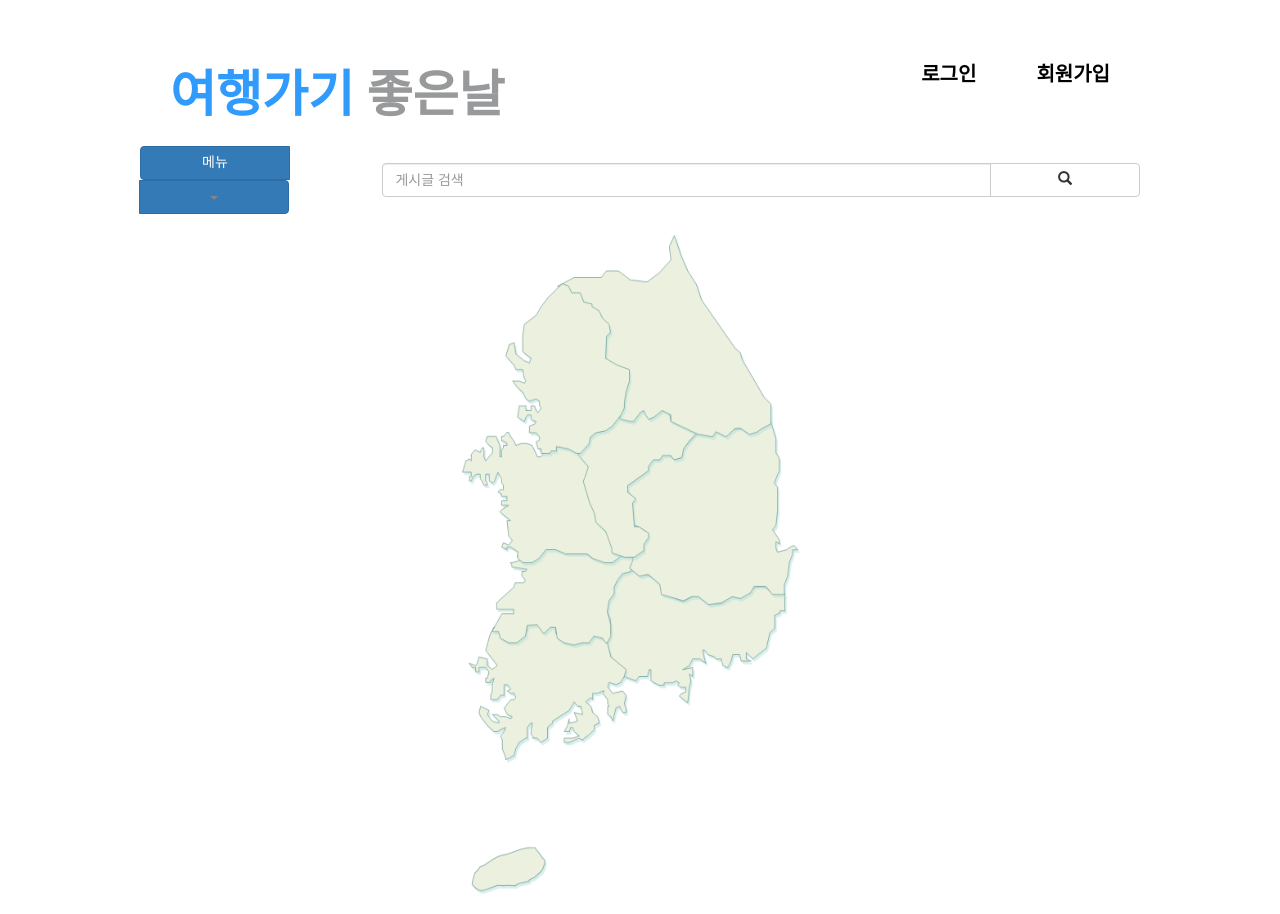
Repository: Hotmintchoco/teamProject1
Page: http://localhost/tripProject/mypage.jsp
These files come from the project's save history. The page is drawn as it stood at one moment and after the next save; the edit follows.
The browser window is 1280 px wide. The pictures show the whole page.
Some web fonts or font styles are not loaded; a fallback is used. The page is served by Tomcat 9. Nobody is signed in. The application's start-up code is not run. Other server files are loaded and not shown.

Above is the page before, as saved 2022-07-02 11:41:45.

### tripProject/src/main/webapp/mypage.jsp
<%@ page language="java" contentType="text/html; charset=UTF-8"
    pageEncoding="UTF-8"%>
<!DOCTYPE html>
<html>
<head>
<meta charset="UTF-8">
    <meta name="viewport" content="width=device-width, initial-scale=1.0">
    <title>여행가기 좋은날</title>
    <link rel="preconnect" href="https://fonts.googleapis.com">
	<link rel="preconnect" href="https://fonts.gstatic.com" crossorigin>
	<link href="https://fonts.googleapis.com/css2?family=Gugi&display=swap" rel="stylesheet">
    <link rel="stylesheet" href="fontawesome/css/all.min.css"> <!-- https://fontawesome.com/ -->
    <link rel="stylesheet" href="css/magnific-popup.css">
    <link rel="stylesheet" href="css/templatemo-ocean-vibes.css">
    <link rel="stylesheet" href="https://maxcdn.bootstrapcdn.com/bootstrap/3.4.1/css/bootstrap.min.css">
    <script src="https://ajax.googleapis.com/ajax/libs/jquery/3.6.0/jquery.min.js"></script>
  	<script src="https://maxcdn.bootstrapcdn.com/bootstrap/3.4.1/js/bootstrap.min.js"></script>

    <style>
    	* {font-family: 'Gugi', cursive}
        ul,ol.li {list-style: none; margin: 0; padding: 0;}
        nav {width: 1000px; height: 50px; margin:0 auto;}
	    nav > ul > li > a {float: right; color: black; font-size: 20px;
            text-decoration: none; margin: 0px 30px 0 30px;
            font-weight: bold;}
        #slider {width: 1000px; height: 700px; margin: 0 auto;}
        #slider > img {margin-left: 250px;}
        .tm-mt-0 {float: left; font-size: 50px;}
        #menubar {width: 1000px; margin: 0 auto;}
        .btn {width: 150px;}
    </style>
</head>
<body>
    <header class="tm-site-header">
        <div>
            <nav>
                <ul>
                    <li><a href="#">회원가입</a></li>
                    <li><a href="#">로그인</a></li>
                    <li><a href="mypage.jsp" class="tm-mt-0 tm-mb-15"><span class="tm-color-primary">여행가기</span> <span class="tm-color-gray-2">좋은날</span></a></li>
                </ul>
            </nav>
        </div>
    </header>
    <div id="menubar">
		<table style="width: 100%;">
			<tbody>
				<tr style="width: 100%;">
					<td style="width: 24%;">
						<div class="btn-group">
							<button type="button" class="btn btn-primary">메뉴</button>
							<button type="button" class="btn btn-primary dropdown-toggle"
								data-toggle="dropdown">
								<span class="caret"></span>
							</button>
							<ul class="dropdown-menu" role="menu">
								<li><a href="#">코스</a></li>
								<li><a href="#">축제</a></li>
								<li><a href="#">이벤트</a></li>
							</ul>
						</div>
					</td>
					<td style="width: 75%;">
					<form action="memberForm.jsp">
						<div class="input-group">
							<input type="text" class="form-control" name="search"
								placeholder="게시글 검색">
							<div class="input-group-btn">
								<button class="btn btn-default" type="submit">
									<i class="glyphicon glyphicon-search"></i>
								</button>
							</div>
						</div>
					</form>
					</td>
				</tr>
			</tbody>
		</table>
    </div>

	<div id="slider">
        <img src="img/koreaMap2.png" alt="Map" width="450px" height="700px">
    </div>

    <script src="js/jquery-3.4.1.min.js"></script>
    <script src="js/imagesloaded.pkgd.min.js"></script>
    <script src="js/isotope.pkgd.min.js"></script>
    <script src="js/jquery.magnific-popup.min.js"></script>
    <script src="js/templatemo-script.js"></script>
</body>
</html>

### tripProject/src/main/webapp/css/templatemo-ocean-vibes.css
/*

TemplateMo 554 Ocean Vibes

https://templatemo.com/tm-554-ocean-vibes

*/

html { overflow-x: hidden; }

body {
    font-family: 'Source Sans Pro', sans-serif;
    font-size: 19px;
    line-height: 1.8em;
    overflow-x: hidden;
}

p, span, em, a, address { color: #848586; }
h2, p {
    margin-top: 0;
}

a:hover, a.active { color: #309AFD; }

.tm-btn {
    padding: 10px 40px;
    color: white;
    background-color: #3299CD;
    display: inline-block;
    border: none;
    cursor: pointer;
    font-size: 1.2rem;
    transition: all 0.3s ease;
}

button.tm-btn {
    padding: 15px 40px;
}

.tm-btn:hover {
    color: white;
    background-color: #49b4e9;
}

h1 { font-size: 3rem; }
em { display: block; }
div { box-sizing: border-box;}
.tm-mt-35 { margin-top: 35px; }
.tm-mb-0 { margin-bottom: 0; }
.tm-mb-15 { margin-bottom: 15px; }
.tm-mb-30 { margin-bottom: 30px; }
.tm-mb-40 { margin-bottom: 40px; }
.tm-mb-50 { margin-bottom: 50px; }
.tm-mb-80 { margin-bottom: 80px; }
.tm-text-center { text-align: center; }
.tm-text-right { text-align: right; }
.tm-color-primary { color: #309AFD; }
.tm-color-gray { color: #666768; }
.tm-color-gray-2 { color: #98999A; }
.tm-color-light-gray { color: #9E9FA0; }
.tm-bg-white { background-color: #FFF; }
.tm-bg-gray { background-color: #F1F2F3; }
blockquote { margin: 0 0 30px 10px; }
img { max-width: 100%; }
.tm-page-title { font-size: 30px; }

body, ul {
    margin: 0;
    padding: 0;
}

a {
    text-decoration: none;
    transition: all 0.3s ease;
}

.tm-mt-0 { margin-top: 0; }

.tm-site-header {
    padding: 60px 70px 30px;
}

.tm-tagline {
    font-size: 1.5rem;
    margin-left: 130px;
}

#tm-video-container {
    max-height: 400px;
    overflow: hidden;
    background-color: #333;
    margin-bottom: 90px;
    position: relative;
}

#tm-video {
    width: 100%;
    height: auto;
}

#tm-video-control-button {
    position: absolute;
    bottom: 20px;
    right: 20px;
    z-index: 1000;
    color: #e1e1e1;
}

.tm-nav-item {
    list-style: none;
    margin: 22px;
}

.tm-nav-link {
    display: flex;
    align-items: center;
    flex-direction: column;
    width: 200px;
    height: 200px;
    padding: 30px;
    border: 1px solid #D2D3D4;
    color: #999;
    box-sizing: border-box;
}

.tm-nav-link:hover,
.tm-nav-link.active {
    color: #309AFD;
}

.tm-nav-link i {
    margin-top: 30px;
    color: #309AFD;
}

.tm-main-nav ul {
    display: flex;
    flex-wrap: wrap;
    margin-left: auto;
    margin-right: auto;
}

.tm-container {
    max-width: 1254px;
    padding-left: 15px;
    padding-right: 15px;
    margin: 0 auto 135px;
}

.tm-footer {
    display: flex;
    justify-content: space-between;
    padding: 25px;
    font-size: 0.9em;
}

.tm-close-popup {
    text-align: right;
    display: block;
}

.tm-close-popup i {
    margin-left: 10px;
    margin-right: 10px;
}

.tm-row {
    display: flex;
}

.tm-col-6 {
    flex: 0 0 50%;
}

.tm-intro-pad {
    padding: 40px 55px 50px;
}

.tm-intro-col-l {
    margin-right: 40px;
}

/* text-based popup styling */
.popup {
    position: relative;
    padding: 12px 10px 35px;
    width:auto;
    max-width: 1200px;
    margin: 0 auto;
}

/*

====== Move-from-top effect ======

*/
.mfp-move-from-top .mfp-with-anim {
    opacity: 0;
    transition: all 0.2s;
    transform: translateY(-100px);
}
.mfp-move-from-top.mfp-bg {
    opacity: 0;
    transition: all 0.2s;
}
.mfp-move-from-top.mfp-ready .mfp-with-anim {
    opacity: 1;
    transform: translateY(0);
}
.mfp-move-from-top.mfp-ready.mfp-bg {
    opacity: 0.8;
}
.mfp-move-from-top.mfp-removing .mfp-with-anim {
    transform: translateY(-50px);
    opacity: 0;
}
.mfp-move-from-top.mfp-removing.mfp-bg {
    opacity: 0;
}

button.mfp-arrow {
    display: none;
}

/* Intro */
.tm-intro-img {
    max-width: 300px;
    max-height: 600px;
}

/* Gallery */
.tm-gallery {
    flex: 0 0 68%;
    margin: 0 20px;
}

.tm-gallery-container {
    position: relative;
    max-width: 800px;
    margin: 0 -10px;
	list-style: none;
    text-align: center;
}

.tm-paging {
    overflow: auto;
    margin-top: 25px;
}

.tm-paging li {
    list-style: none;
}

.tm-paging-link {
    display: flex;
    float: left;
    width: 40px;
    height: 40px;
    align-items: center;
    justify-content: center;
    background: white;
    color: #999;
    margin-right: 15px;
    margin-bottom: 15px;
}

a.tm-paging-link.active,
a.tm-paging-link:hover {
    background: #309AFD;
    color: white;
}

.tm-gallery-right {
    flex: 0 0 26%;
    margin-left: 15px;
}

.tm-gallery-links {
    margin-left: 35px;
    margin-bottom: 55px;
}

.tm-gallery-links li {
    list-style: none;
    margin-bottom: 20px;
}

.tm-gallery-link-icon {
    display: inline-block;
    width: 30px;
}

.tm-gallery-item {
    overflow: hidden;
    margin: 15px 10px;
    min-width: 180px;
    max-width: 180px;
    max-height: 240px;
    width: 25%;
    background: #3085a3;
    text-align: center;
    cursor: pointer;
}

.tm-gallery-container figure img {
    position: relative;
    display: block;
    min-height: 100%;
    max-width: 100%;
    opacity: 0.9;
}

.tm-gallery-container figure figcaption {
	padding: 2em;
	color: #fff;
	text-transform: uppercase;
	font-size: 1.25em;
	-webkit-backface-visibility: hidden;
	backface-visibility: hidden;
}

.tm-gallery-container figure figcaption::before,
.tm-gallery-container figure figcaption::after {
	pointer-events: none;
}

.tm-gallery-container figure figcaption,
.tm-gallery-container figure figcaption > a {
	position: absolute;
	top: 0;
	left: 0;
	width: 100%;
	height: 100%;
}

/* Anchor will cover the whole item by default */
/* For some effects it will show as a button */
.tm-gallery-container figure h2 {
	word-spacing: -0.15em;
	font-weight: 300;
}

.tm-gallery-container figure h2 span {
	font-weight: 800;
}

.tm-gallery-container figure h2,
.tm-gallery-container figure p {
	margin: 0;
}

.tm-gallery-container figure p {
	letter-spacing: 1px;
	font-size: 68.5%;
}

/*---------------*/
/***** Chico *****/
/*---------------*/

figure.effect-chico img {
	-webkit-transition: opacity 0.35s, -webkit-transform 0.35s;
	transition: opacity 0.35s, transform 0.35s;
	-webkit-transform: scale(1.12);
	transform: scale(1.12);
}

figure.effect-chico:hover img {
	opacity: 0.5;
	-webkit-transform: scale(1);
	transform: scale(1);
}

figure.effect-chico figcaption {
    padding: 1em;
    box-sizing: border-box;
    display: flex;
    align-items: center;
}

figure.effect-chico figcaption::before {
	position: absolute;
	top: 15px;
	right: 15px;
	bottom: 15px;
	left: 15px;
	border: 1px solid #fff;
	content: '';
	-webkit-transform: scale(1.1);
	transform: scale(1.1);
}

figure.effect-chico figcaption::before,
figure.effect-chico p {
	opacity: 0;
	-webkit-transition: opacity 0.35s, -webkit-transform 0.35s;
	transition: opacity 0.35s, transform 0.35s;
}

figure.effect-chico h2 {
	padding: 20% 0 20px 0;
}

figure.effect-chico p {
    color: white;
	margin: 0 auto;
	max-width: 200px;
	-webkit-transform: scale(1.5);
	transform: scale(1.5);
}

figure.effect-chico:hover figcaption::before,
figure.effect-chico:hover p {
	opacity: 1;
	-webkit-transform: scale(1);
	transform: scale(1);
}

/* Testimonials */
.tm-testimonials-inner {
    padding: 0 20px 30px;
}

.tm-testimonial-col {
    flex: 0 0 33.3334%;
    padding-left: 20px;
    padding-right: 20px;
}

/* About */
.mapouter{
    position:relative;
    height:250px;
    width:100%;
}

.gmap_canvas {
    overflow:hidden;
    background:none!important;
    height:250px;
    width:100%;
}
.tm-contact-row {
    max-width: 1045px;
}
.tm-about-col {
    margin-left: 40px;
    margin-right: 40px;
    max-width: 500px;
}

/* Contact */
#contact {
    padding-bottom: 65px;
}
.tm-contact-col {
    flex: 0 0 50%;
    padding-left: 40px;
}

.tm-contact-col-r {
    padding-left: 0;
    padding-right: 30px;
}

.tm-contact-form {
    max-width: 350px;
    margin-left: 40px;
    margin-right: 40px;
}

.form-control {
    font-family: 'Source Sans Pro', sans-serif;
    font-size: 1.2rem;
    border: 1px solid #D5D6D7;
    box-sizing: border-box;
    padding: 15px;
    width: 100%;
}

.form-group {
    margin-bottom: 25px;
}

select:not([multiple]) {
    -webkit-appearance: none;
    -moz-appearance: none;
    background-position: right 15px center;
    background-repeat: no-repeat;
    background-image: url(../img/select-arrow.png);
    padding: 14px 20px;
    padding-right: 20px;
    color: #666;
}

.tm-contact-links li {
    list-style: none;
    margin-bottom: 10px;
}

.tm-contact-link-icon {
    margin-right: 15px;
}

address {
    font-style: normal;
}

@media (max-width: 850px) {
    .tm-contact-row {
        flex-direction: column;
    }

    .tm-contact-col {
        flex: 0 0 100%;
        max-width: 100%;
        padding-left: 30px;
        padding-right: 30px;
    }

    .tm-contact-form {
        max-width: 100%;
        margin-left: 0;
        margin-right: 0;
        margin-bottom: 50px;
    }
}

@media (max-width: 700px) {
    .tm-about-row {
        flex-direction: column;
    }
    .tm-about-col {
        flex: 0 0 100%;
    }
}

@media (max-width: 1264px) {
    .tm-main-nav ul {
        max-width: 976px;
    }
}

@media (max-width: 1020px) {
    .tm-main-nav ul {
        max-width: 732px;
    }
}

@media (max-width: 776px) {
    .tm-main-nav ul {
        max-width: 488px;
    }
}

@media (max-width: 532px) {
    .tm-main-nav ul {
        max-width: 244px;
    }
}

@media (max-width: 992px) {
    .tm-testimonial-row {
        flex-wrap: wrap;
    }
    .tm-testimonial-col {
        flex: 100%;
        margin-bottom: 50px;
    }

    .tm-testimonial-col:last-child {
        margin-bottom: 0;
    }

    .tm-testimonial-col-2 {
        flex: 50%;
    }
}

@media (max-width: 635px) {
    .tm-testimonial-col-2 {
        flex: 100%;
    }
}

@media (max-width: 902px) {
    .tm-gallery {
        flex: 0 0 50%;
    }
    .tm-gallery-right {
        flex: 0 0 38%;
    }
}

@media (max-width: 805px) {
    .tm-gallery-row {
        flex-direction: column-reverse;
    }
    .tm-gallery {
        flex: 0 0 100%;
    }
    .tm-gallery-right {
        flex: 0 0 100%;
        margin-left: 20px;
        margin-right: 20px;
    }

    .tm-gallery-right-inner {
        display: flex;
        flex-direction: column-reverse;
    }

    .tm-gallery-links {
        display: flex;
        flex-wrap: wrap;
        margin-top: 20px;
        margin-bottom: 0;
        margin-left: 0;
    }

    .tm-gallery-links li {
        margin-right: 20px;
    }
}

@media (max-width: 850px) {
    .tm-content-row {
        flex-direction: column;
    }

    .tm-intro-col-l {
        margin-right: 0;
    }
}

@media (max-width: 650px) {
    .tm-intro-row {
        flex-direction: column;
    }

    .tm-intro-img {
        max-width: 100%;
        max-height: none;
    }
}

@media (max-width: 540px) {
    .tm-footer {
        flex-direction: column;
        align-items: center;
    }
}

@media (max-width: 558px) {
    .tm-site-header {
        padding-left: 30px;
        padding-right: 30px;
    }

    .tm-tagline {
        margin-left: 30px;
    }
}

### tripProject/src/main/webapp/js/templatemo-script.js
/**
 * Credits
 * Isotope with paging: https://codepen.io/TimRizzo/details/ervrRq
 * CSS3 animation effects for Magnific Popup: https://codepen.io/dimsemenov/pen/GAIkt
 */

$(document).ready(function () {

    /*************** Gallery ******************/

    var itemSelector = ".tm-gallery-item";
    var responsiveIsotope = [ [480, 4], [720, 6] ];
    var itemsPerPageDefault = 8;
    var itemsPerPage = defineItemsPerPage();
    var currentNumberPages = 1;
    var currentPage = 1;
    var currentFilter = '*';
    var filterValue = "";
    var pageAttribute = 'data-page';
    var pagerClass = 'isotope-pager';
    var $container = $('.tm-gallery-container').isotope({
        itemSelector: itemSelector
    });

    function adjustGalleryLayout(currentPopup) {
        if(currentPopup == 'gallery') {
            // layout Isotope after each image loads
            $container.imagesLoaded().progress( function() {
                $container.isotope('layout');
            });
        }
    }

    /************** Popup *****************/

    $('#inline-popups').magnificPopup({
        delegate: 'a',
        removalDelay: 500, //delay removal by X to allow out-animation
        callbacks: {
            beforeOpen: function() {
                this.st.mainClass = this.st.el.attr('data-effect');
            },
            open: function() {
                adjustGalleryLayout($.magnificPopup.instance.content.attr('id'));
            }
        },
        midClick: true, // allow opening popup on middle mouse click. Always set it to true if you don't provide alternative source.
        showCloseBtn: false
    });

    $('.tm-close-popup').on( "click", function() {
        $.magnificPopup.close();
    });

    var popupInstance = $.magnificPopup.instance;

    $('.tm-btn-next').on("click", function(e) {
        popupInstance.next();
        adjustGalleryLayout(popupInstance.content.attr('id'));
    });

    $('.tm-btn-contact').on("click", function(e) {
        popupInstance.goTo(4);
    })

    // update items based on current filters
    function changeFilter(selector) { $container.isotope({ filter: selector }); }

    // grab all checked filters and goto page on fresh isotope output
    function goToPage(n) {
        currentPage = n;
        var selector = itemSelector;
        var exclusives = [];

        if(currentFilter != '*') {
            exclusives.push(selector + '.' + currentFilter);
        }

        // smash all values back together for 'and' filtering
        filterValue = exclusives.length ? exclusives.join('') : '*';

        // add page number to the string of filters
        var wordPage = currentPage.toString();
        filterValue += ('.'+wordPage);
        changeFilter(filterValue);
    }

    // determine page breaks based on window width and preset values
    function defineItemsPerPage() {
        var pages = itemsPerPageDefault;

        for( var i = 0; i < responsiveIsotope.length; i++ ) {
            if( $(window).width() <= responsiveIsotope[i][0] ) {
                pages = responsiveIsotope[i][1];
                break;
            }
        }
        return pages;
    }

    function setPagination() {

        var SettingsPagesOnItems = function(){
            var itemsLength = $container.children(itemSelector).length;
            var pages = Math.ceil(itemsLength / itemsPerPage);
            var item = 1;
            var page = 1;
            var selector = itemSelector;
            var exclusives = [];

                if(currentFilter != '*') {
                    exclusives.push(selector + '.' + currentFilter);
                }

                // smash all values back together for 'and' filtering
                filterValue = exclusives.length ? exclusives.join('') : '*';

                // find each child element with current filter values
                $container.children(filterValue).each(function(){
                    // increment page if a new one is needed
                    if( item > itemsPerPage ) {
                        page++;
                        item = 1;
                    }
                    // add page number to element as a class
                    wordPage = page.toString();

                    var classes = $(this).attr('class').split(' ');
                    var lastClass = classes[classes.length-1];
                    // last class shorter than 4 will be a page number, if so, grab and replace
                    if(lastClass.length < 4){
                        $(this).removeClass();
                        classes.pop();
                        classes.push(wordPage);
                        classes = classes.join(' ');
                        $(this).addClass(classes);
                    } else {
                        // if there was no page number, add it
                       $(this).addClass(wordPage);
                    }
                    item++;
                });
            currentNumberPages = page;
        }();

        // create page number navigation
        var CreatePagers = function() {

            var $isotopePager = ( $('.'+pagerClass).length == 0 ) ? $('<div class="'+pagerClass+' tm-paging"></div>') : $('.'+pagerClass);

            $isotopePager.html('');
            if(currentNumberPages > 1){
                for( var i = 0; i < currentNumberPages; i++ ) {
                    var $pager = '';

                    if(currentPage == i+1) {
                        $pager = $('<a href="javascript:void(0);" class="pager active tm-paging-link" '+pageAttribute+'="'+(i+1)+'"></a>');
                    } else {
                        $pager = $('<a href="javascript:void(0);" class="pager tm-paging-link" '+pageAttribute+'="'+(i+1)+'"></a>');
                    }

                    $pager.html(i+1);

                    $pager.click(function(){
                        $('.tm-paging-link').removeClass('active');
                        $(this).addClass('active');
                        var page = $(this).eq(0).attr(pageAttribute);
                        goToPage(page);
                    });
                    $pager.appendTo($isotopePager);
                }
            }
            $container.after($isotopePager);
        }();
    }

    setPagination();
    goToPage(1);

    //event handlers
    $('.tm-gallery-link').click(function(e) {
        var filter = $(this).data('filter');
        currentFilter = filter;
        setPagination();
        goToPage(1);
        $('.tm-gallery-link').removeClass('active');
        $(e.target).addClass('active');
    })

    //Handle window resize
    $(window).resize(function(){
        itemsPerPage = defineItemsPerPage();
        setPagination();
        goToPage(1);
    });

    /************** Video background *********/

    function setVideoSize() {
        const vidWidth = 1280;
        const vidHeight = 720;
        const maxVidHeight = 400;
        let windowWidth = window.innerWidth;
        let newVidWidth = windowWidth;
        let newVidHeight = windowWidth * vidHeight / vidWidth;
        let marginLeft = 0;
        let marginTop = 0;

        if (newVidHeight < maxVidHeight) {
            newVidHeight = maxVidHeight;
            newVidWidth = newVidHeight * vidWidth / vidHeight;
        }

        if(newVidWidth > windowWidth) {
            marginLeft = -((newVidWidth - windowWidth) / 2);
        }

        if(newVidHeight > maxVidHeight) {
            marginTop = -((newVidHeight - $('#tm-video-container').height()) / 2);
        }

        const tmVideo = $('#tm-video');

        tmVideo.css('width', newVidWidth);
        tmVideo.css('height', newVidHeight);
        tmVideo.css('margin-left', marginLeft);
        tmVideo.css('margin-top', marginTop);
    }

    setVideoSize();

    // Set video background size based on window size
    let timeout;
    window.onresize = function () {
        clearTimeout(timeout);
        timeout = setTimeout(setVideoSize, 100);

        adjustIntroImg();
    };

    // Play/Pause button for video background
    const btn = $("#tm-video-control-button");

    btn.on("click", function (e) {
        const video = document.getElementById("tm-video");
        $(this).removeClass();

        if (video.paused) {
            video.play();
            $(this).addClass("fas fa-pause");
        } else {
            video.pause();
            $(this).addClass("fas fa-play");
        }
    });


    // Adjust intro image based on the screen size
    adjustIntroImg();

    function adjustIntroImg() {
        var img = 'img/';

        if(window.innerWidth > 650) {
            img += 'intro.jpg';
        } else {
            img += 'intro-big.jpg';
        }

        $('.tm-intro-img').attr('src', img);
    }
});

Loaded but not shown: tripProject/src/main/webapp/fontawesome/css/all.min.css (library); tripProject/src/main/webapp/css/magnific-popup.css (library); tripProject/src/main/webapp/js/jquery-3.4.1.min.js (library); tripProject/src/main/webapp/js/imagesloaded.pkgd.min.js (library); tripProject/src/main/webapp/js/isotope.pkgd.min.js (library); tripProject/src/main/webapp/js/jquery.magnific-popup.min.js (library)

After the next save:
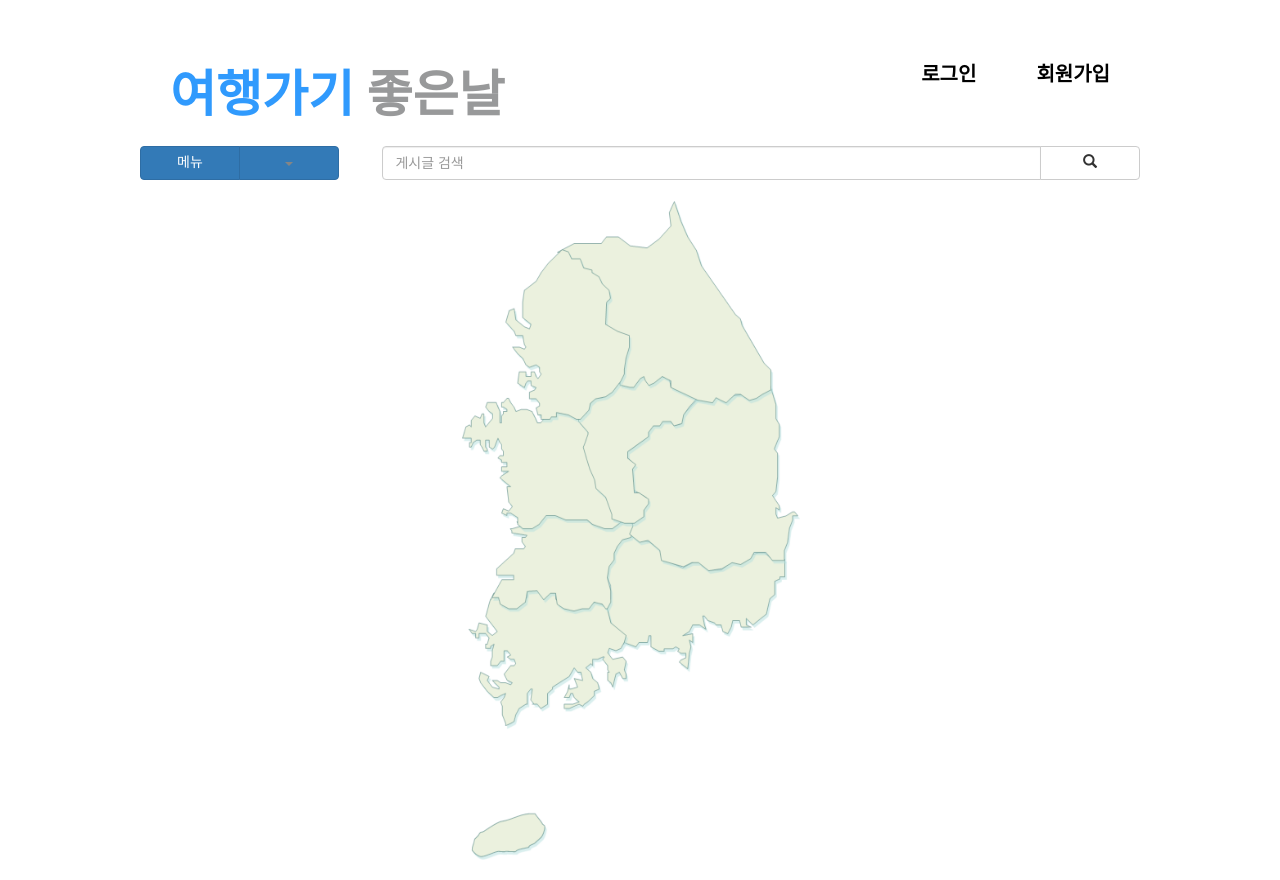
Saved 7 s later.
--- a/tripProject/src/main/webapp/mypage.jsp
+++ b/tripProject/src/main/webapp/mypage.jsp
@@ -27,7 +27,7 @@
         #slider > img {margin-left: 250px;}
         .tm-mt-0 {float: left; font-size: 50px;}
         #menubar {width: 1000px; margin: 0 auto;}
-        .btn {width: 150px;}
+        .btn {width: 100px;}
     </style>
 </head>
 <body>
